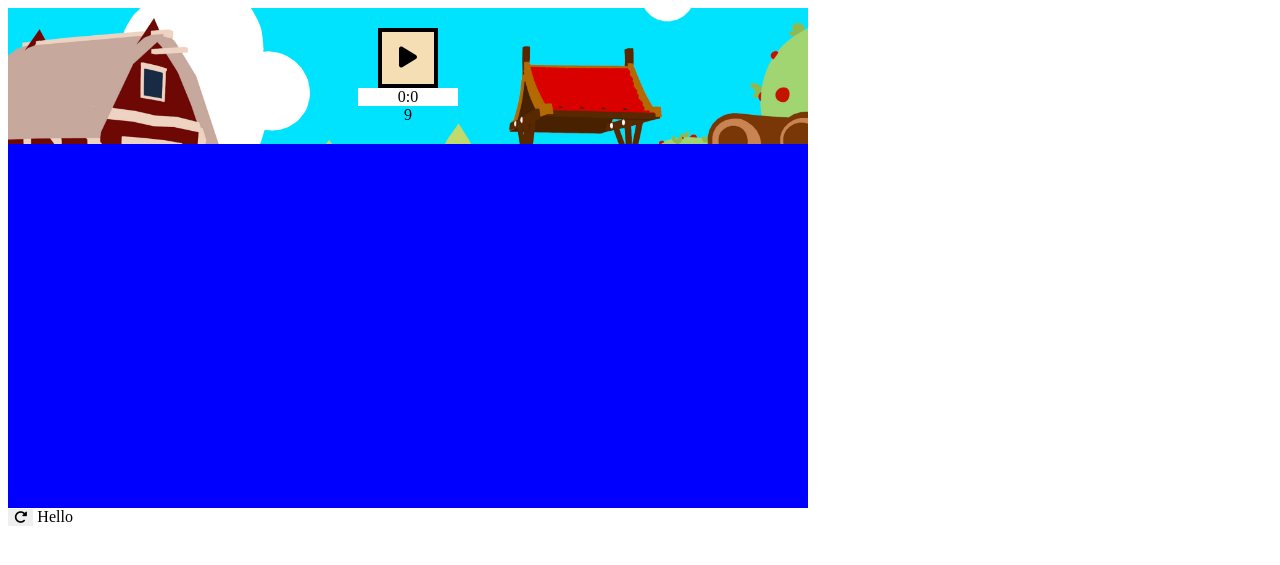
Repository: yoon-dh/JS_Prac
Page: carrot_game/index.html
The author's editor kept a copy of each file at every save. The page is drawn from the files as they stood at one save, then again after the next save.
The browser window is 1280 px wide. The pictures show the whole page.
Some web libraries are served in a nearby version.

Above is the page before, as saved 2023-06-23 21:48:31.

After the next save:
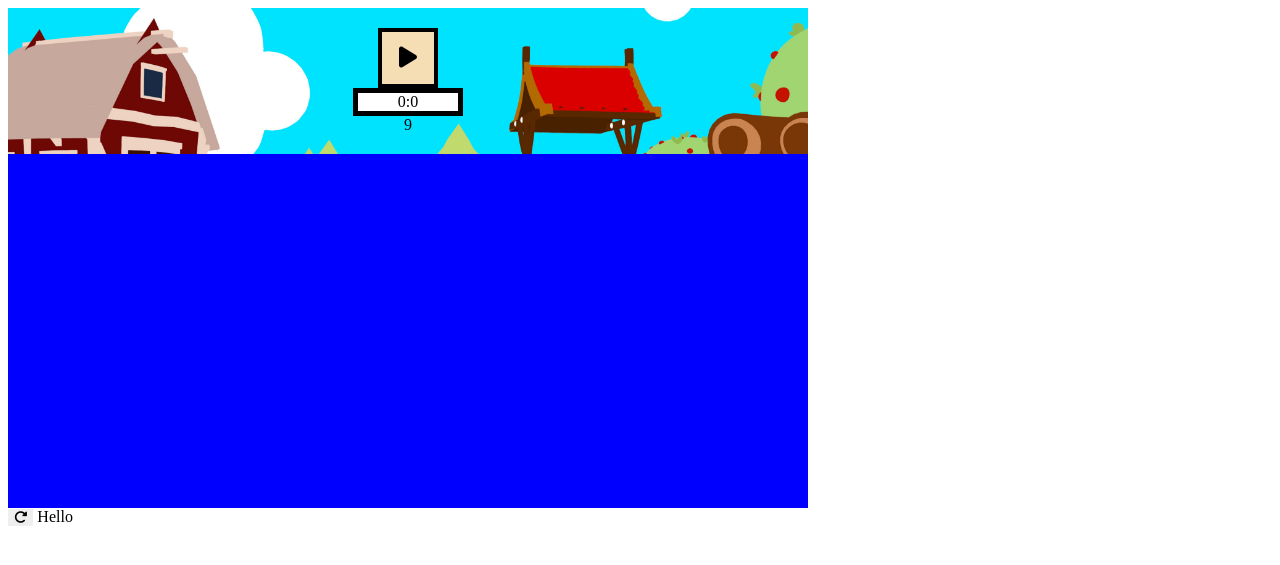
Saved 11 s later.
--- a/carrot_game/style.css
+++ b/carrot_game/style.css
@@ -36,6 +36,7 @@ button {
   width: 100px;
   background-color: white;
   text-align: center;
+  border: 5px solid black;
 }
 
 .game__field {
